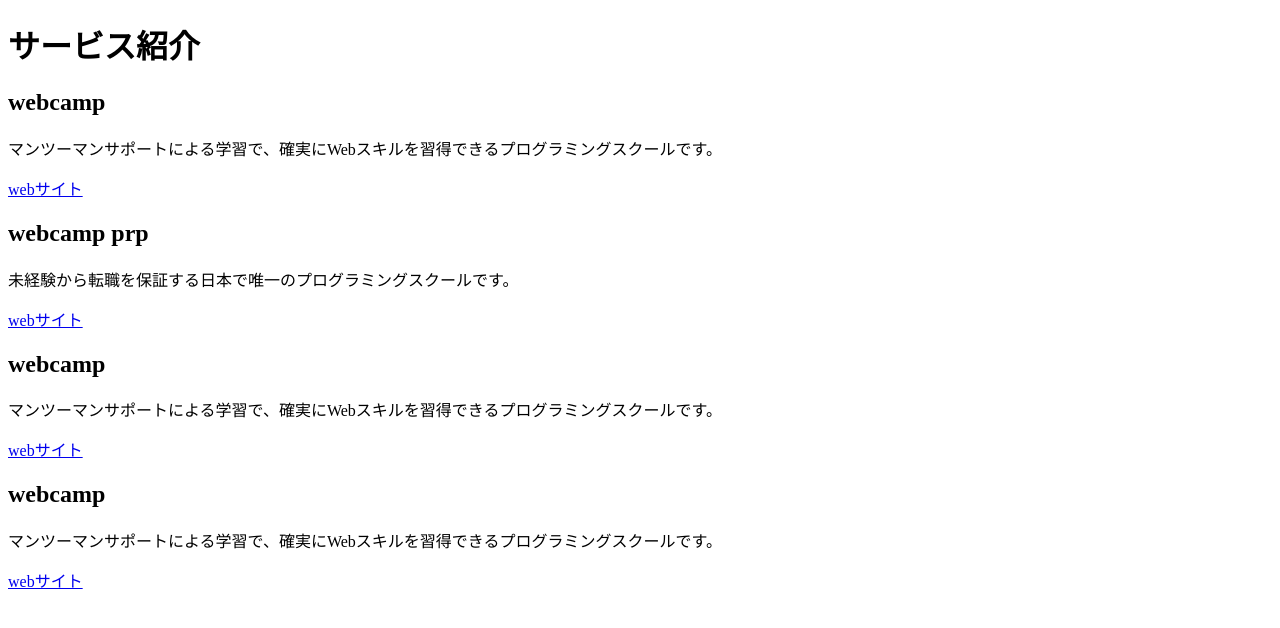
Repository: macchi-ro/-1
Page: sample/sample.html
The author's editor kept a record of every edit. The page is drawn from the files as they stood at one moment, then again after the next edit.
The browser window is 1280 px wide. The pictures show the whole page.

Above is the page before.

After the next edit:
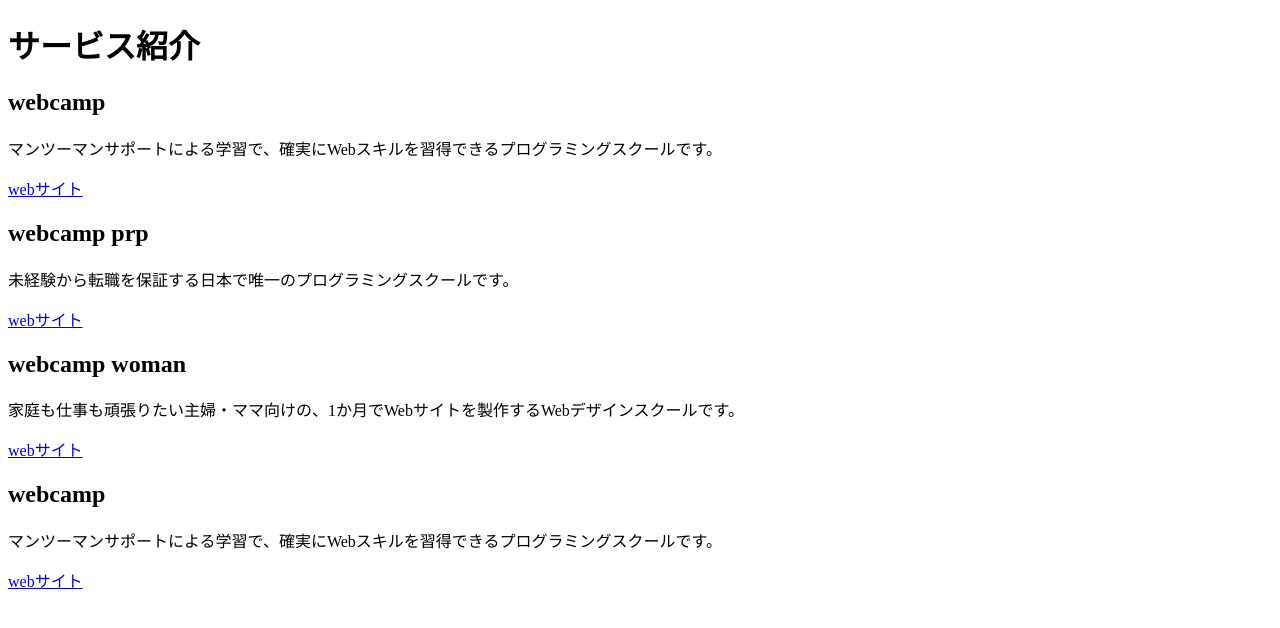
The edit:
--- a/sample/sample.html
+++ b/sample/sample.html
@@ -14,8 +14,8 @@
   <h2>webcamp prp</h2>
  <P>未経験から転職を保証する日本で唯一のプログラミングスクールです。</P>
  <a href="https://web-camp.io/">webサイト</a>
-  <h2>webcamp</h2>
- <P>マンツーマンサポートによる学習で、確実にWebスキルを習得できるプログラミングスクールです。</P>
+  <h2>webcamp woman</h2>
+ <P>家庭も仕事も頑張りたい主婦・ママ向けの、1か月でWebサイトを製作するWebデザインスクールです。</P>
  <a href="https://web-camp.io/">webサイト</a>
   <h2>webcamp</h2>
  <P>マンツーマンサポートによる学習で、確実にWebスキルを習得できるプログラミングスクールです。</P>
